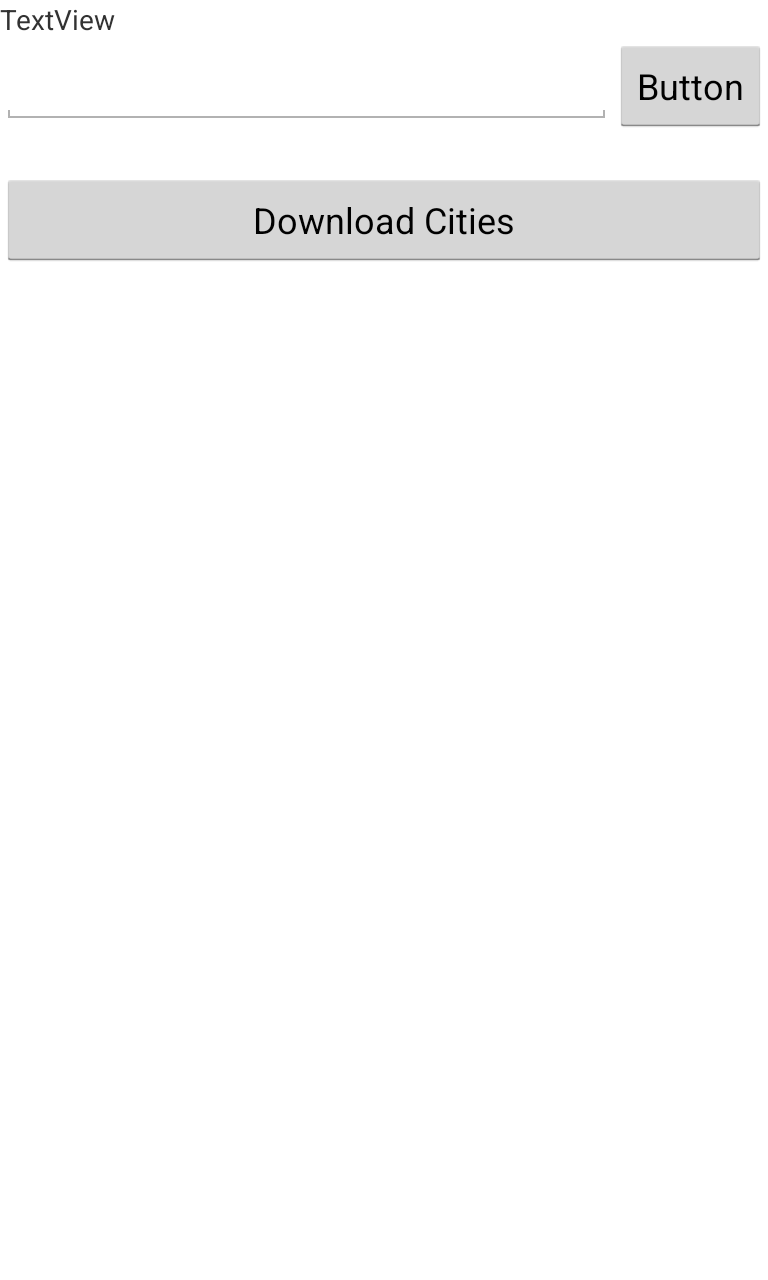
Repository: vinny1575/Java1
Layout: TempCalc20/res/layout/form.xml
These files come from the project's save history. The layout is drawn as it stood at one moment and after the next save; the edit follows.
It is drawn on a 768 x 1280 px phone screen (xhdpi) without system bars, with theme AppTheme; the app's code is not run.

Above is the layout before, as saved 2013-05-02 11:53:40.

After the next save:
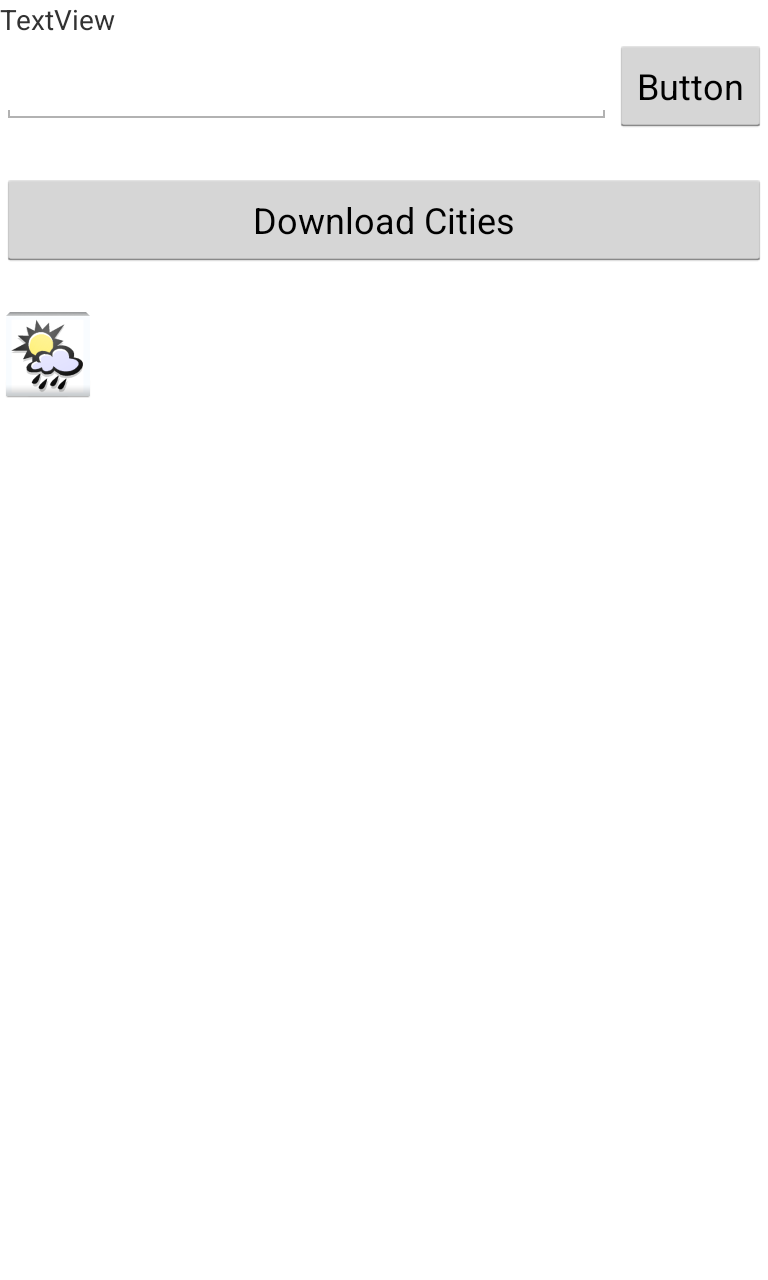
Saved 2 min 7 s later.
--- a/TempCalc20/res/layout/form.xml
+++ b/TempCalc20/res/layout/form.xml
@@ -47,4 +47,10 @@
         android:layout_height="wrap_content"
         android:text="" />
 
+    <ImageView
+        android:id="@+id/imageView1"
+        android:layout_width="wrap_content"
+        android:layout_height="wrap_content"
+        android:src="@drawable/weather" />
+
 </LinearLayout>
